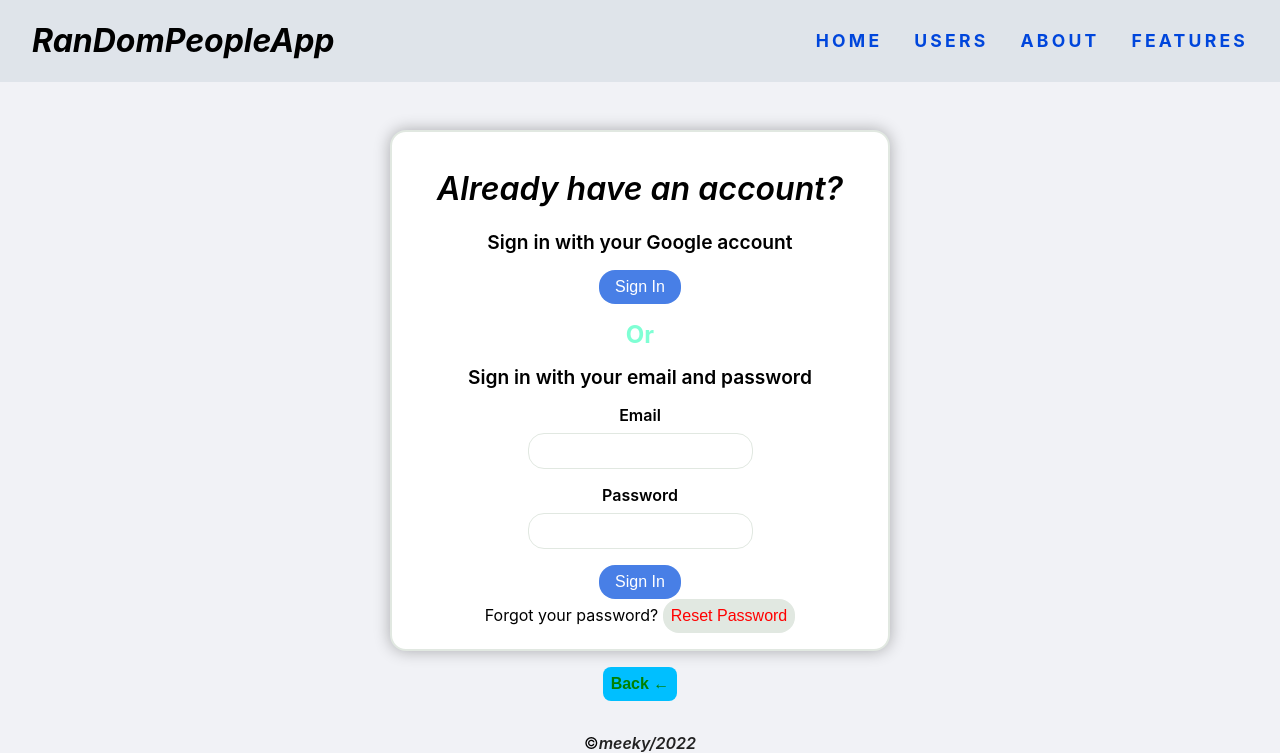
Repository: MikkyPrestige/RandomProfiles
Page: /profileDisplay
These files come from the project's save history. The page is drawn as it stood at one moment and after the next save; the edit follows.
The browser window is 1280 px wide. The pictures show the whole page.
The project was rebuilt for these pictures with package versions that can differ from the ones it lists, and the page was loaded fresh each time. Also part of the build but not shown: src/assets/styles/home.css, src/components/home.jsx, src/assets/styles/users.css, src/components/users.jsx, src/assets/styles/search.css, src/components/search.jsx, src/assets/styles/help.css, src/components/help.jsx and 9 more.

Above is the page before, as saved 2022-12-07 03:24:46.

After the next save:
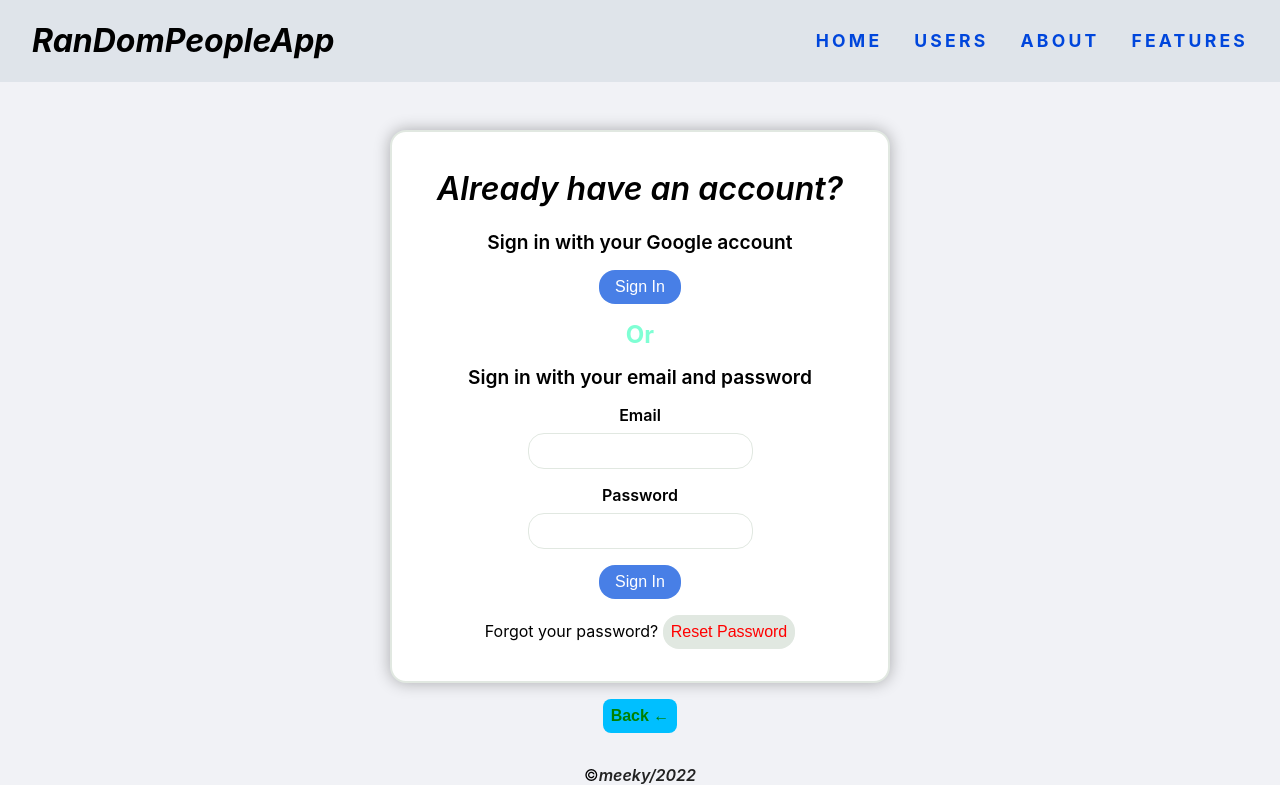
Saved 54 s later.
--- a/src/assets/styles/profile.css
+++ b/src/assets/styles/profile.css
@@ -90,6 +90,9 @@
   text-decoration: underline;
 }
 
+.btn__update {
+  margin: 1rem;
+}
 .btn {
   background-color: #e1e8e1;
   color: red;
